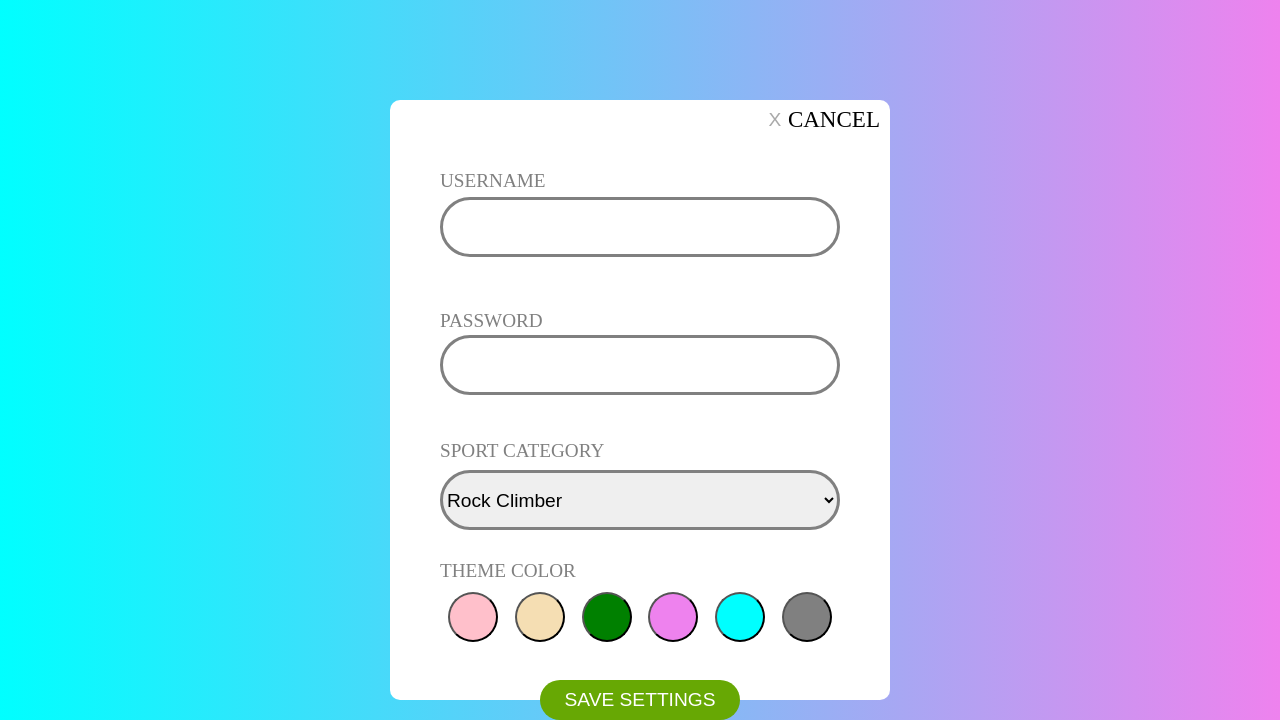
Repository: zRush1202/LoginPage-demo
Page: dom/exercise/login.html
The author's editor kept a copy of each file at every save. The page is drawn from the files as they stood at one save, then again after the next save.
The browser window is 1280 px wide. The pictures show the whole page.

Above is the page before, as saved 2023-09-17 10:19:39.

After the next save:
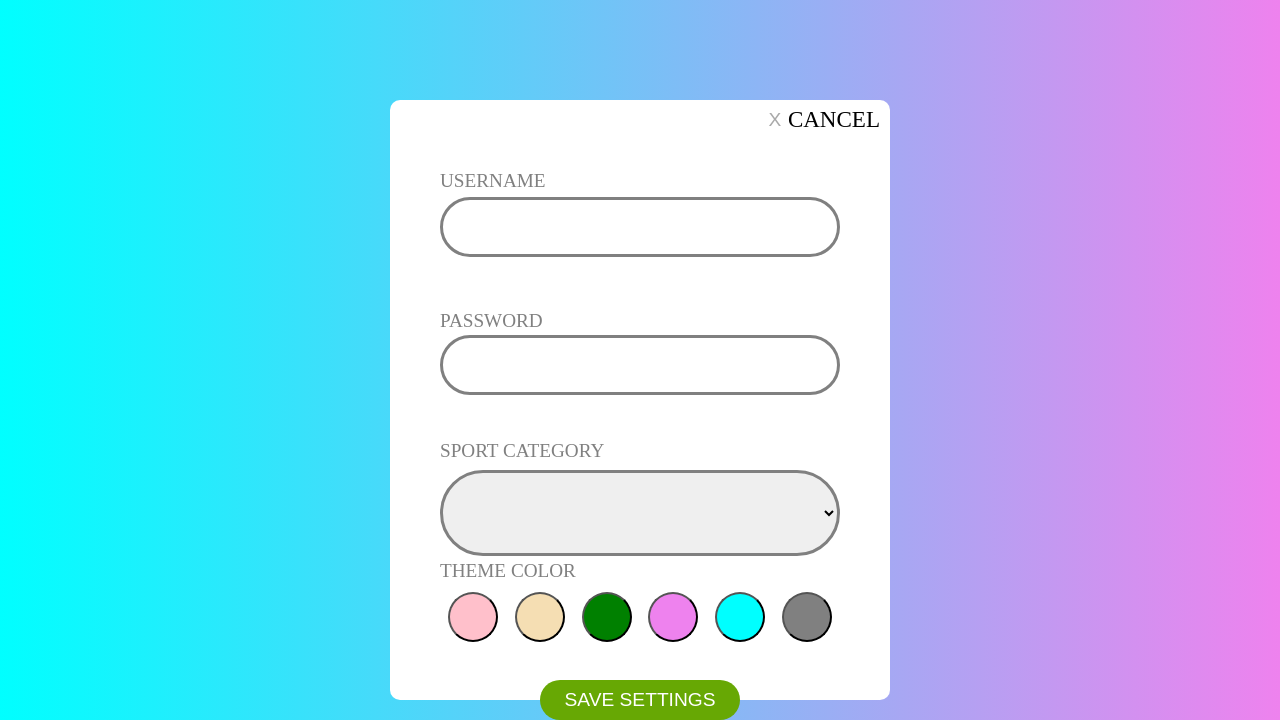
Saved 95 s later.
--- a/dom/exercise/login.css
+++ b/dom/exercise/login.css
@@ -113,6 +113,8 @@ body {
     top: 30px;
     font-size: 120%;
     border: 3px solid gray;
+    box-sizing: border-box;
+    padding: 40px;
 
 }
 
